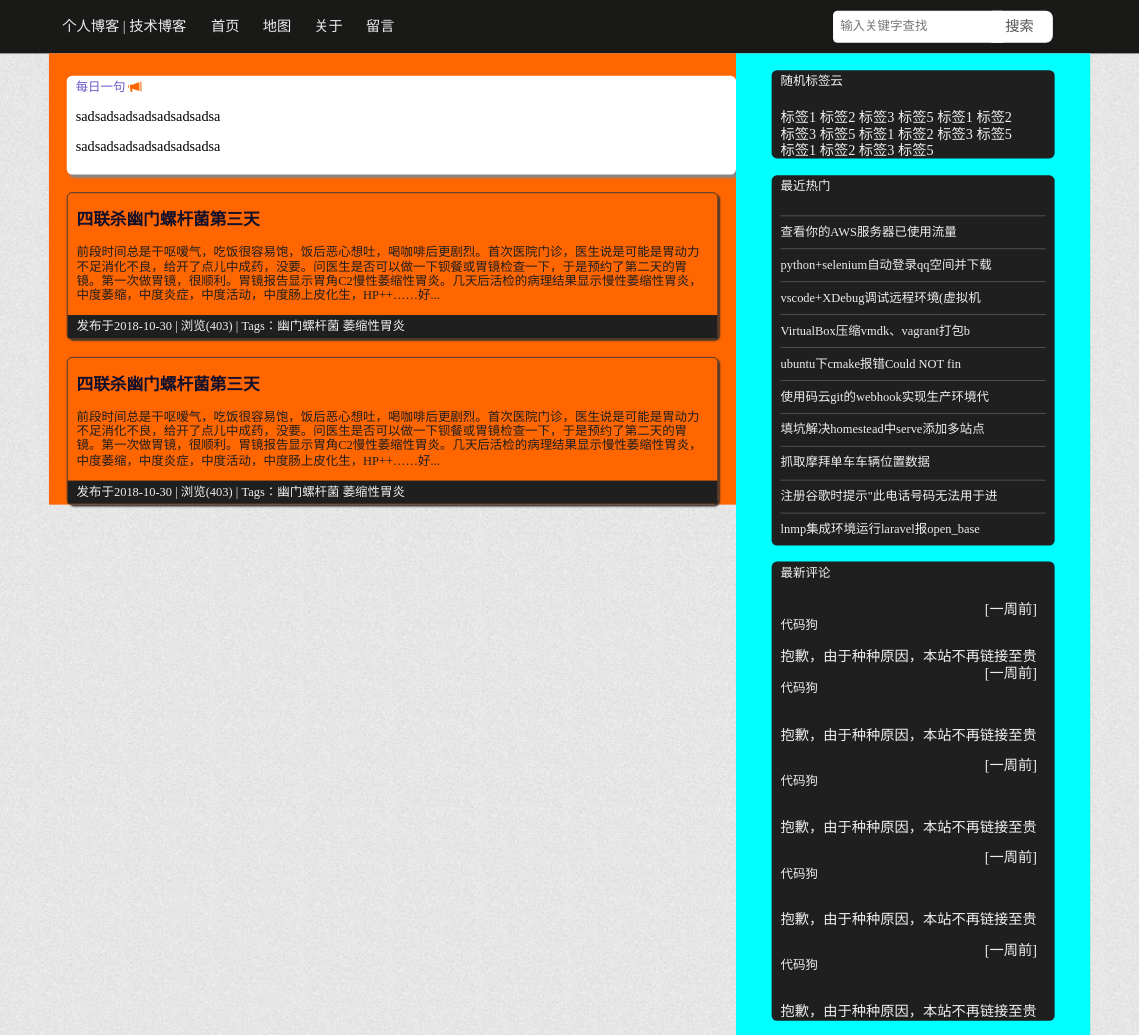
Repository: li1214/my_blog
Page: page/index.html
An editor plug-in stored every save of this project. The page is shown before and after the next save, followed by the edit.
The browser window is 1280 px wide. The pictures show the whole page, at 89% of full size.

Above is the page before, as saved 2019-01-04 11:15:37.

### page/index.html
<!DOCTYPE html>
<html lang="en">
  <head>
    <meta charset="UTF-8" />
    <meta name="viewport" content="width=device-width, initial-scale=1.0" />
    <meta http-equiv="X-UA-Compatible" content="ie=edge" />
    <title>个人博客</title>
    <link href="./css/base.css" rel="stylesheet" type="text/css" />
    <link href="./css/index.css" rel="stylesheet" type="text/css" />
  </head>
  <body>
    <header>
      <div class="container">
        <a>个人博客 | 技术博客</a>
        <ul>
          <li><a href="">首页</a></li>
          <li><a href="">地图</a></li>
          <li><a href="">关于</a></li>
          <li><a href="">留言</a></li>
        </ul>
        <div class="search">
          <input type="text" placeholder="输入关键字查找" />
          <button>搜索</button>
        </div>
      </div>
    </header>
    <div class="content">
      <div class="content-left">
        <div class="every-day">
          <span>每日一句</span>
          <p>sadsadsadsadsadsadsadsa</p>
          <p>sadsadsadsadsadsadsadsa</p>
        </div>
        <div class="blog-list">
          <div class="blog">
            <a><h3>四联杀幽门螺杆菌第三天</h3></a>
            <p>
              前段时间总是干呕嗳气，吃饭很容易饱，饭后恶心想吐，喝咖啡后更剧烈。首次医院门诊，医生说是可能是胃动力不足消化不良，给开了点儿中成药，没要。问医生是否可以做一下钡餐或胃镜检查一下，于是预约了第二天的胃镜。第一次做胃镜，很顺利。胃镜报告显示胃角C2慢性萎缩性胃炎。几天后活检的病理结果显示慢性萎缩性胃炎，中度萎缩，中度炎症，中度活动，中度肠上皮化生，HP++……好...
            </p>
            <div class="blog-foot">
              发布于2018-10-30 | 浏览(403) | Tags：幽门螺杆菌 萎缩性胃炎
            </div>
          </div>
          <div class="blog">
            <a> <h3>四联杀幽门螺杆菌第三天</h3> </a>
            <p>
              前段时间总是干呕嗳气，吃饭很容易饱，饭后恶心想吐，喝咖啡后更剧烈。首次医院门诊，医生说是可能是胃动力不足消化不良，给开了点儿中成药，没要。问医生是否可以做一下钡餐或胃镜检查一下，于是预约了第二天的胃镜。第一次做胃镜，很顺利。胃镜报告显示胃角C2慢性萎缩性胃炎。几天后活检的病理结果显示慢性萎缩性胃炎，中度萎缩，中度炎症，中度活动，中度肠上皮化生，HP++……好...
            </p>
            <div class="blog-foot">
              发布于2018-10-30 | 浏览(403) | Tags：幽门螺杆菌 萎缩性胃炎
            </div>
          </div>
        </div>
      </div>
      <div class="content-right">
        <div class="right-box">
          <h4>随机标签云</h4>
          <div class="contents">
            <a>标签1</a> <a>标签2</a> <a>标签3</a> <a>标签5</a> <a>标签1</a>
            <a>标签2</a> <a>标签3</a> <a>标签5</a> <a>标签1</a> <a>标签2</a>
            <a>标签3</a> <a>标签5</a> <a>标签1</a> <a>标签2</a> <a>标签3</a>
            <a>标签5</a>
          </div>
        </div>
        <div class="right-box">
          <h4>最近热门</h4>
          <div class="contents">
            <ul class="list-group">
              <li class="list-group-item">
                <a href="https://www.zh30.com/aws-ec2-cloudwatch.html"
                  >查看你的AWS服务器已使用流量</a
                >
              </li>
              <li class="list-group-item">
                <a
                  href="https://www.zh30.com/python-selenium-qqzone-album.html"
                  >python+selenium自动登录qq空间并下载</a
                >
              </li>
              <li class="list-group-item">
                <a
                  href="https://www.zh30.com/vscode-xdebug-remote-vagrant-php.html"
                  >vscode+XDebug调试远程环境(虚拟机</a
                >
              </li>
              <li class="list-group-item">
                <a
                  href="https://www.zh30.com/virtualbox-vmdk-vagrant-box.html"
                  >VirtualBox压缩vmdk、vagrant打包b</a
                >
              </li>
              <li class="list-group-item">
                <a
                  href="https://www.zh30.com/ubuntu-cmake-could-not-find-boost.html"
                  >ubuntu下cmake报错Could NOT fin</a
                >
              </li>
              <li class="list-group-item">
                <a
                  href="https://www.zh30.com/webhook-git-pull.html"
                  >使用码云git的webhook实现生产环境代</a
                >
              </li>
              <li class="list-group-item">
                <a
                  href="https://www.zh30.com/homestead-serve-add-sites.html"
                  >填坑解决homestead中serve添加多站点</a
                >
              </li>
              <li class="list-group-item">
                <a
                  href="https://www.zh30.com/crawl-mobike-location.html"
                  >抓取摩拜单车车辆位置数据</a
                >
              </li>
              <li class="list-group-item">
                <a
                  href="https://www.zh30.com/google-register-phone-verification.html"
                  >注册谷歌时提示"此电话号码无法用于进</a
                >
              </li>
              <li class="list-group-item">
                <a
                  href="https://www.zh30.com/lnmp-laravel-open_basedir.html"
                  >lnmp集成环境运行laravel报open_base</a
                >
              </li>
            </ul>
          </div>
        </div>
        <div class="right-box">
          <h4>最新评论</h4>
          <div class="contents">
            <div class='item'>
                <div class='item-title'>
                    <h4>代码狗</h4>
                    <span>[一周前]</span>
                </div>
                <div class='item-comtebt'>
                    抱歉，由于种种原因，本站不再链接至贵
                </div>
            </div>
            <div class='item'>
                <div class='item-title'>
                    <h4>代码狗</h4>
                    <span>[一周前]</span>
                </div>
                <p class='item-comtebt'>
                    抱歉，由于种种原因，本站不再链接至贵
                </p>
            </div>
            <div class='item'>
                <div class='item-title'>
                    <h4>代码狗</h4>
                    <span>[一周前]</span>
                </div>
                <p class='item-comtebt'>
                    抱歉，由于种种原因，本站不再链接至贵
                </p>
            </div>
            <div class='item'>
                <div class='item-title'>
                    <h4>代码狗</h4>
                    <span>[一周前]</span>
                </div>
                <p class='item-comtebt'>
                    抱歉，由于种种原因，本站不再链接至贵
                </p>
            </div>
            <div class='item'>
                <div class='item-title'>
                    <h4>代码狗</h4>
                    <span>[一周前]</span>
                </div>
                <p class='item-comtebt'>
                    抱歉，由于种种原因，本站不再链接至贵
                </p>
            </div>
          </div>
        </div>
      </div>
    </div>
    <footer></footer>
  </body>
</html>

### page/css/base.css
html {line-height: 1.15; /* 1 */-webkit-text-size-adjust: 100%; /* 2 */}
body {margin: 0;}
@font-face{
    font-family: 'myicon';
    src: url('../font/glyphicons-halflings-regular.woff2')
}
ul{padding: 0}
main {
  display: block;
}
h1 {
  font-size: 2em;
  margin: 0.67em 0;
}
hr {
  box-sizing: content-box; /* 1 */
  height: 0; /* 1 */
  overflow: visible; /* 2 */
}
pre {
  font-family: monospace, monospace; /* 1 */
  font-size: 1em; /* 2 */
}
a {
  background-color: transparent;
}
abbr[title] {
  border-bottom: none; /* 1 */
  text-decoration: underline; /* 2 */
  text-decoration: underline dotted; /* 2 */
}
b,
strong {
  font-weight: bolder;
}
code,
kbd,
samp {
  font-family: monospace, monospace; /* 1 */
  font-size: 1em; /* 2 */
}
small {
  font-size: 80%;
}
sub,
sup {
  font-size: 75%;
  line-height: 0;
  position: relative;
  vertical-align: baseline;
}
sub {
  bottom: -0.25em;
}
sup {
  top: -0.5em;
}
img {
  border-style: none;
}
button,
input,
optgroup,
select,
textarea {
  font-family: inherit; /* 1 */
  font-size: 100%; /* 1 */
  line-height: 1.15; /* 1 */
  margin: 0; /* 2 */
}
button,
input { /* 1 */
  overflow: visible;
}
button,
select { /* 1 */
  text-transform: none;
}
button,
[type="button"],
[type="reset"],
[type="submit"] {
  -webkit-appearance: button;
}
button::-moz-focus-inner,
[type="button"]::-moz-focus-inner,
[type="reset"]::-moz-focus-inner,
[type="submit"]::-moz-focus-inner {
  border-style: none;
  padding: 0;
}
button:-moz-focusring,
[type="button"]:-moz-focusring,
[type="reset"]:-moz-focusring,
[type="submit"]:-moz-focusring {
  outline: 1px dotted ButtonText;
}
fieldset {
  padding: 0.35em 0.75em 0.625em;
}
legend {
  box-sizing: border-box; /* 1 */
  color: inherit; /* 2 */
  display: table; /* 1 */
  max-width: 100%; /* 1 */
  padding: 0; /* 3 */
  white-space: normal; /* 1 */
}
progress {
  vertical-align: baseline;
}
textarea {
  overflow: auto;
}

[type="checkbox"],
[type="radio"] {
  box-sizing: border-box; /* 1 */
  padding: 0; /* 2 */
}
[type="number"]::-webkit-inner-spin-button,
[type="number"]::-webkit-outer-spin-button {
  height: auto;
}

[type="search"] {
  -webkit-appearance: textfield; /* 1 */
  outline-offset: -2px; /* 2 */
}

[type="search"]::-webkit-search-decoration {
  -webkit-appearance: none;
}
::-webkit-file-upload-button {
  -webkit-appearance: button; /* 1 */
  font: inherit; /* 2 */
}
details {
  display: block;
}
summary {
  display: list-item;
}
template {
  display: none;
}
[hidden] {
  display: none;
}
a{text-decoration: none;}
/* ========================================================== css reset ========================================================== */

body {
    width: 100%;
    height: 100%;
    background-image: url(../image/bg.jpg);
    background-repeat: repeat;
    overflow-x: hidden;
}

header{
    width: 100%;
    height: 60px;
    background-color: #191918;
}
header .container {
    width:1170px;
    height: 100%;
    margin: 0 auto;
}
header .container>a{
    display: block;
    float: left;
    color: #eee;
    line-height: 60px;
    margin: 0 15px;
    font-size: 16px;
}
header .container>ul{
    float: left;
    margin: 0;
    padding: 0;
}
header .container>ul>li{
    display: inline-block;
    float: left;
}
header .container>ul>li a{
    color: #eee;
    display: inline-block;
    height: 60px;
    width: 58px;
    line-height: 60px;
    text-align: center;
}
header .container .search{
    float: right;
    height: 100%;
    position: relative;
    right: 117px;
}
header .container .search>input{
    display: inline-block;
    position: absolute;
    height: 26px;
    padding: 5px 8px;
    border-radius: 5px;
    border:none;
    outline: none;
    font-size: 14px;
    margin-top: 12px;
    left: -172px;
}
header .container .search > button{
    outline: none;
    display: inline-block;
    position: absolute;
    width: 75px;
    height: 36px;
    padding: 5px 10px;
    border-radius: 8px;
    margin-top: 12px;
    cursor: pointer;
    color: #555;
    background-color: white;
    border: none;
}
/* ============================================================== header end ===================================================================== */
.content {
    width: 1170px;
    margin: 0 auto;
    position: relative;
}
.content .content-left{
    float: left;
    width: 66%;
    box-sizing: border-box;
    padding: 0 20px;
    background: #f60;
}
.content .content-right{
    float: right;
    width: 34%;
    box-sizing: border-box;
    background-color: aqua;
}
.right-box{
    background-color: #1f1f1f;
    margin-top: 20px;
    width: 80%;
    margin: 0 auto;
    box-sizing: border-box;
    border-radius: 6px;
}
.right-box>h4 {
    color: #f4f4f4;
    font-weight: normal;
    padding: 5px 10px;
    font-size: 14px;
}
.right-box .contents{
    color: #eee;
    padding: 0 10px 0px 10px;
}
/* .right-box .contents a::after{
    display: block;
    content: '';
    overflow: hidden;
    clear: both;
    position: absolute;
} */
.right-box .contents>a{
    display: inline-block;
}
.right-box .contents li{
    width: 100%;
    list-style: none;
    white-space:nowrap;
    overflow: hidden;
   text-overflow: ellipsis;
    border-top:1px solid #555;
}
.right-box .contents li a{
    font-size: 14px;
    display: inline-block;
    color: #eee;
    padding: 10px 0;
}
.right-box .item .item-title{position: relative;}
.right-box .item .item-title h4{display: inline-block;font-size: 14px;font-weight: normal;}
.right-box .item .item-title span{
    position: absolute;
    right: 10px;
}

### page/css/index.css

.every-day{
    background-color: white;
    text-align: left;
    width: 100%;
    border-radius: 6px;
    padding: 5px 10px;
    box-shadow: 3px 4px 3px #888;
    margin-top: 25px;
}
.every-day span::before{
    font-family: myicon;
    content:'\e122';
    font-size: 14px;
    color: #f60;
    position: absolute;
    display: block;
    left: 90px;
}
.every-day > span{
    font-size: 14px;
    display: block;
    margin-bottom: 5px;
    color: slateblue;
}
.every-day > p{
    /* zuanwu */
}

.blog-list{
    width: 100%;
    position: relative;
}
.blog-list .blog{
    width: 100%;
    border:1px solid #333;
    border-radius: 6px;
    box-sizing: border-box;
    margin-top: 20px;
    box-shadow: 2px 2px 2px #333;
}
.blog-list .blog h3 {
    padding: 0 10px;
    color: #13102b;
    transition: color 0.5s;
}
.blog-list .blog h3:hover{color: #337ab7;cursor: pointer;}
.blog-list .blog p{padding: 0 10px;font-size: 14px;color: #1f1f1f;}
.blog-list .blog .blog-foot{
    background-color: #1f1f1f;
    padding: 5px 10px;
    color: #eee;
    font-size: 14px;
}

After the next save:
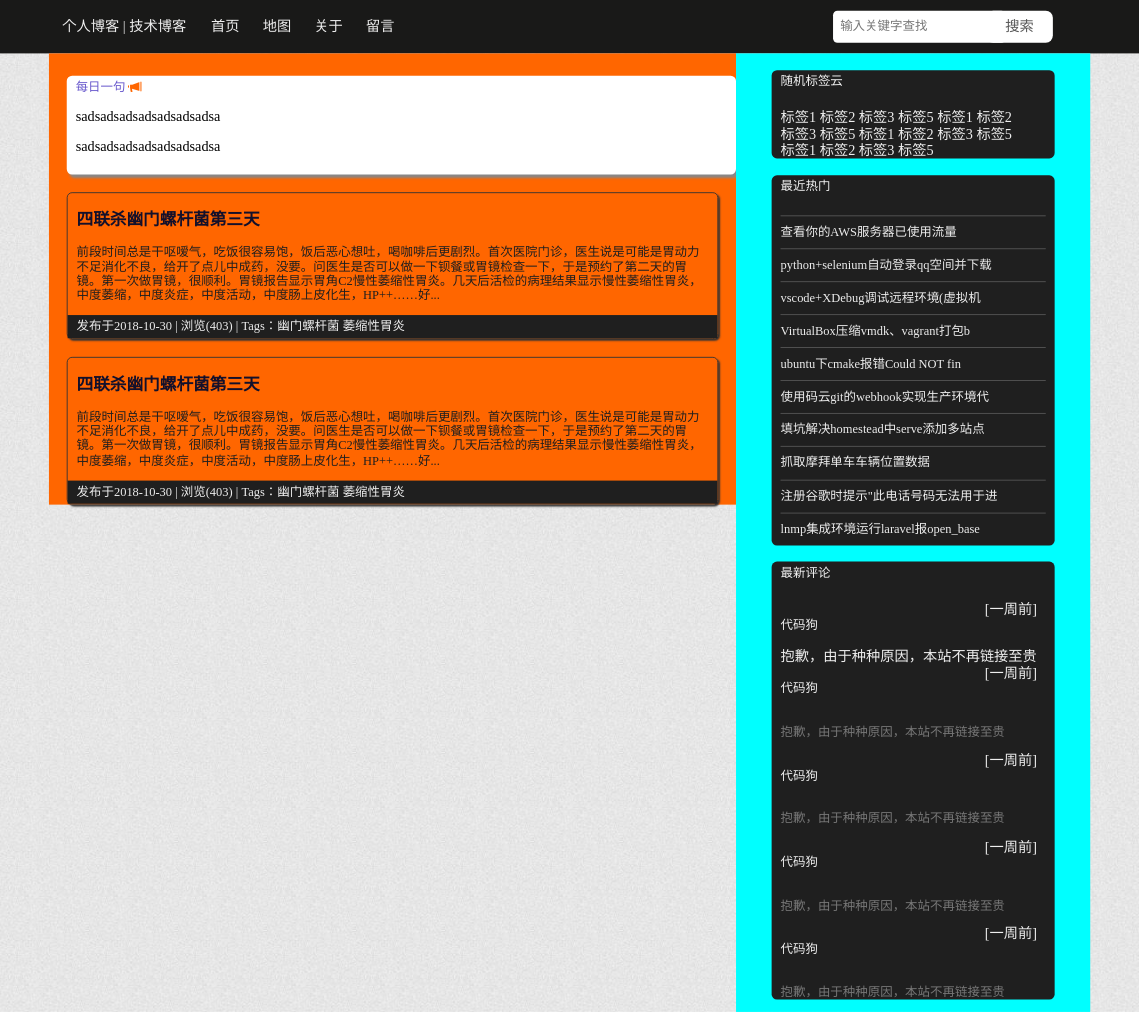
Saved 23 s later.
--- a/page/css/base.css
+++ b/page/css/base.css
@@ -292,3 +292,4 @@ header .container .search > button{
     position: absolute;
     right: 10px;
 }
+.right-box .item > p{color: #777;font-size: 14px;}
